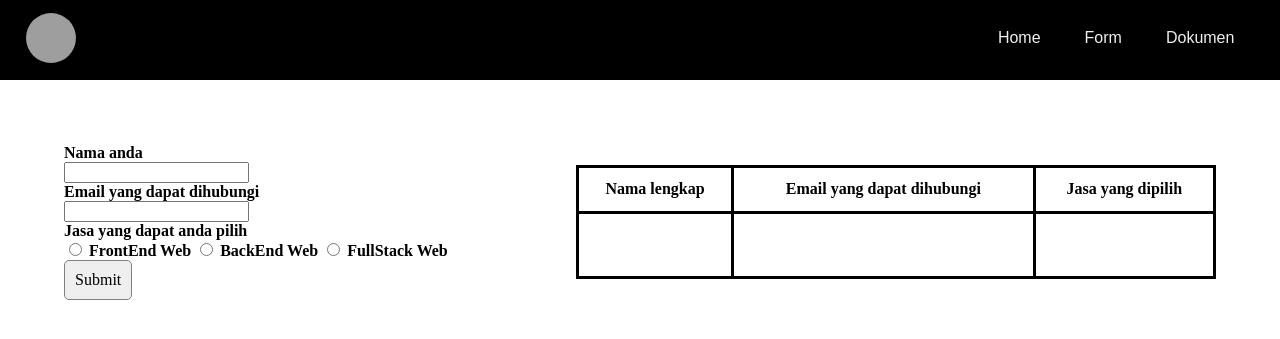
Repository: zecht12/TimModul
Page: TimModul.html
The author's editor kept a copy of each file at every save. The page is drawn from the files as they stood at one save, then again after the next save.
The browser window is 1280 px wide. The pictures show the whole page.
Pictures or frames that could not be fetched are drawn as grey boxes.

Above is the page before, as saved 2023-03-14 13:35:02.

### TimModul.html
<!DOCTYPE html>
<html lang="en">
<head>
    <meta charset="UTF-8">
    <meta http-equiv="X-UA-Compatible" content="IE=edge">
    <meta name="viewport" content="width=device-width, initial-scale=1.0">
    <link rel="stylesheet" href="style.css">
    <title>Jasa Coding</title>
</head>
<body>
    <div style="height: 80px; width: 100%; background-color: black;">
        <header>
            <img src="./assets/wallpaper.jpg" alt="Image" style="height: 50px; width: 50px; border-radius: 100%;" >
            <ul class="nav_links">
                <li><a href="#">Home</a></li>
                <li><a href="#">Form</a></li>
                <li><a href="#">Dokumen</a></li>
            </ul>
        </headers>
    </div>
    <div class="forms">
        <form>
            <label for="Nama" class="Labelnama">Nama anda</label><br>
            <input type="text" id="Nama" name="Nama" class="Nama"><br>

            <label for="Email" class="Labelemail">Email yang dapat dihubungi</label><br>
            <input type="text" id="Email" name="Email" class="Email"><br>

            <label for="Pilihan" class="Pilihan">Jasa yang dapat anda pilih</label><br>
            <input type="radio" id="FrontEnd" name="fav_language" value="FrontEnd">
            <label for="FrontEnd">FrontEnd Web</label>

            <input type="radio" id="BackEnd" name="fav_language" value="BackEnd">
            <label for="BackEnd">BackEnd Web</label>

            <input type="radio" id="FullStack" name="fav_language" value="FullStack">
            <label for="FullStack">FullStack Web</label><br>

            <input type="submit" value="Submit" class="Button">
        </form>
        <table style="width: 50%; border-collapse: collapse;">
            <tr>
                <th>Nama lengkap</th>
                <th>Email yang dapat dihubungi</th>
                <th>Jasa yang dipilih</th>
            </tr>
            <tr>
                <td></td>
                <td></td>
                <td></td>
            </tr>
        </table>
    </div>
</body>
</html>

### style.css
body{
    height: auto;
    width: 100%;
    margin: auto;
    padding: auto;
}
header{
    display: flex;
    align-items: center;
    justify-content: space-between;
    padding-left: 2%;
    padding-right: 2%;
    padding-top: 1%;
}
li, a, button{
    font-family: "Montserrat", sans-serif;
    font-size: 16px;
    color: #edf0f1;
    text-decoration: none;
}
.nav_links{
    list-style: none;
}
.nav_links li{
    display: inline-block;
    padding: 0px 20px;
}
.nav_links li a:hover{
    color: #0088a9;
}
.forms{
    height: auto;
    width: 100%;
    display: flex;
    justify-content: space-around;
    align-items: center;
    padding-top: 5%;
}
th{
    height: 30px;
    text-align: center;
    color: black;
    font: bold;
    border-style:solid;
    border-color: black;
    padding: 1%;
}
td{padding: 1%;
    height: 50px;
    text-align: center;
    color: black;
    border-style:solid;
    border-color: black;
}
label {
    color: black;
    font-weight: bold;
    width: 130px;
}
.Button {
    padding: 10px;
    border: 1px solid gray;
    background-color:;
    border-radius: 5px;
    font: inherit;
}

After the next save:
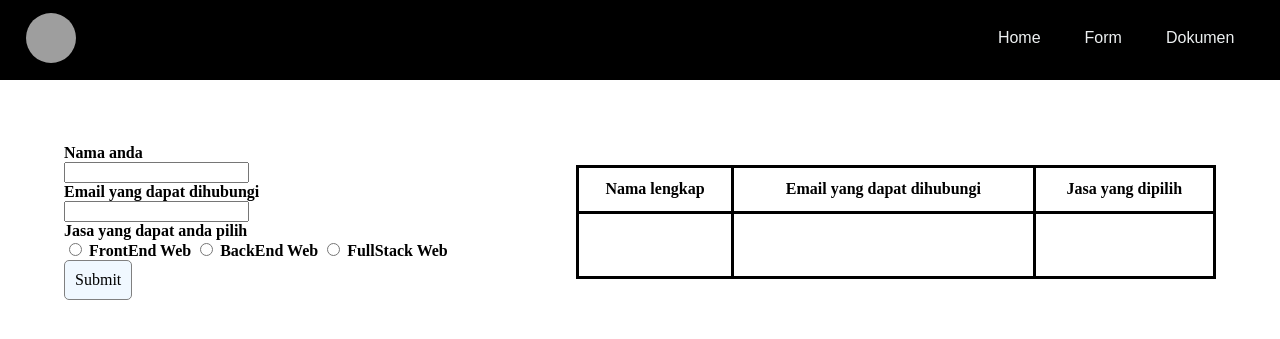
Saved 4 s later.
--- a/style.css
+++ b/style.css
@@ -60,7 +60,7 @@ label {
 .Button {
     padding: 10px;
     border: 1px solid gray;
-    background-color:;
+    background-color:aliceblue;
     border-radius: 5px;
     font: inherit;
 }
